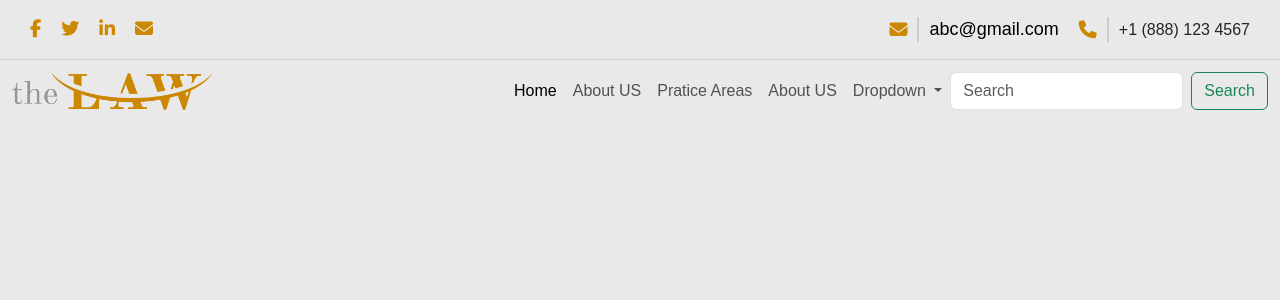
Repository: arehmanraza/lawyer_website
Page: Pages/index.html
These files come from the project's save history. The page is drawn as it stood at one moment and after the next save; the edit follows.
The browser window is 1280 px wide. The pictures show the whole page.
Some web libraries are served in a nearby version.

Above is the page before, as saved 2024-05-22 01:43:55.

### Pages/index.html
<!DOCTYPE html>
<html lang="en">
  <head>
    <meta charset="utf-8" />
    <meta name="viewport" content="width=device-width, initial-scale=1" />
    <title>The Lawyer</title>
    <link
      rel="stylesheet"
      href="https://pro.fontawesome.com/releases/v5.10.0/css/all.css"
      integrity="sha384-AYmEC3Yw5cVb3ZcuHtOA93w35dYTsvhLPVnYs9eStHfGJvOvKxVfELGroGkvsg+p"
      crossorigin="anonymous"
    />
    <link rel="stylesheet" href="/Styling/style.css" />
    <link
      rel="stylesheet"
      href="https://cdnjs.cloudflare.com/ajax/libs/font-awesome/6.5.2/css/all.min.css"
      integrity="sha512-SnH5WK+bZxgPHs44uWIX+LLJAJ9/2PkPKZ5QiAj6Ta86w+fsb2TkcmfRyVX3pBnMFcV7oQPJkl9QevSCWr3W6A=="
      crossorigin="anonymous"
      referrerpolicy="no-referrer"
    />
    <link
      href="https://cdn.jsdelivr.net/npm/bootstrap@5.3.3/dist/css/bootstrap.min.css"
      rel="stylesheet"
      integrity="sha384-QWTKZyjpPEjISv5WaRU9OFeRpok6YctnYmDr5pNlyT2bRjXh0JMhjY6hW+ALEwIH"
      crossorigin="anonymous"
    />
  </head>
  <body>
    <div class="main-container">


      <!-- ---------------head_top_container start ------------------  -->




      <div class="head_top">
        <div class="head_top_left">
          <ul>
            <li>
              <i class="icon2 fa-brands fa-facebook-f"></i>
            </li>
            <li>
              <i class="icon2 fa-brands fa-twitter"></i>
            </li>
            <li>
              <i class="icon2 fa-brands fa-linkedin-in"></i>
            </li>
            <li>
              <i class="icon2 fa-solid fa-envelope"></i>
            </li>
          </ul>
        </div>
        <div class="head_top_right">
          <ul>
            <li>
              <i class="icon2 fa-solid fa-envelope"></i>
              <p class="border1"></p>
              <span><a class="phoneno" href = "mailto: a.rehman78766@gmail.com">abc@gmail.com</a></span>
            </li>
            <li>
              <i class="icon2 fa-solid fa-phone"></i>
              <p class="border1"></p>
              <span>+1 (888) 123 4567</span>
            </li>

          </ul>
        </div>
      </div>
      <!-- ---------------head_top_container end ------------------  -->






      <!-- ---------------Navbar_container start ------------------  -->


      <nav class="navbar navbar-expand-lg ">
        <div class="container-fluid">
          <a class="navbar-brand" href="#"><img src="/Images/logo.png"  width="200px"></a>
          <button class="navbar-toggler" type="button" data-bs-toggle="collapse" data-bs-target="#navbarSupportedContent" aria-controls="navbarSupportedContent" aria-expanded="false" aria-label="Toggle navigation">
            <span class="navbar-toggler-icon"></span>
          </button>
          <div class="collapse navbar-collapse" id="navbarSupportedContent">
            <ul class="navbar-nav ms-auto mb-2 mb-lg-0">
              <li class="nav-item">
                <a class="nav-link active" aria-current="page" href="#">Home</a>
              </li>
              <li class="nav-item">
                <a class="nav-link" href="#">About US</a>
              </li>
              <li class="nav-item">
                <a class="nav-link" href="#">Pratice Areas</a>
              </li>
              <li class="nav-item">
                <a class="nav-link" href="#">About US</a>
              </li>
              <li class="nav-item dropdown">
                <a class="nav-link dropdown-toggle" href="#" role="button" data-bs-toggle="dropdown" aria-expanded="false">
                  Dropdown
                </a>
                <ul class="dropdown-menu">
                  <li><a class="dropdown-item" href="#">Action</a></li>
                  <li><a class="dropdown-item" href="#">Another action</a></li>
                  <li><hr class="dropdown-divider"></li>
                  <li><a class="dropdown-item" href="#">Something else here</a></li>
                </ul>
              </li>

            </ul>
            <form class="d-flex" role="search">
              <input class="form-control me-2" type="search" placeholder="Search" aria-label="Search">
              <button class="btn btn-outline-success" type="submit">Search</button>
            </form>
          </div>
        </div>
      </nav>





      <!-- ---------------Navbar_container end ------------------  -->





    </div>
    <script
      src="https://cdn.jsdelivr.net/npm/bootstrap@5.3.3/dist/js/bootstrap.bundle.min.js"
      integrity="sha384-YvpcrYf0tY3lHB60NNkmXc5s9fDVZLESaAA55NDzOxhy9GkcIdslK1eN7N6jIeHz"
      crossorigin="anonymous"
    ></script>
  </body>
</html>

### Styling/style.css
*{
    margin: 0;
    padding: 0;
    box-sizing: border-box;
    font-family: Arial, Helvetica, sans-serif, "Montserrat";
}
.main-container{
    background-color: #e9e9e9;
    width: 100%;
    height: 100vh;
    padding: 0px;
}

.head_top {
    width: 100%;
    height: 60px;
    display: flex;
    justify-content: space-between;
    align-items: center; /* Center items vertically */
    border-bottom: 1px solid #ccc;
    padding: 0px 20px;
}

.head_top_left {
    width: 50%;
    display: flex; /* Ensure the left container is also using flexbox */
    align-items: center; /* Center items vertically */
}
.head_top_left ul {
    display: flex;
    list-style: none;
    padding: 0;
    margin: 0;
}
.head_top_left ul li{
    padding: 0px 10px;
}
.head_top_right{
    display: flex;
    align-items: center;
    width: 50%;
}
.head_top_right ul{
    display: flex;
    list-style: none;
    padding: 0;
    margin: 0px 0px 0px auto;

}
.head_top_right ul li{
    padding: 0px 10px;
    display: flex;
    align-items: center;
}
.border1{
    border-left: 2px solid #ccc;

    height: 25px;
    margin: 0px 10px;
}
.icon2{
    color:  #cc8800;
  font-size: large;
}
.phoneno{
    color: black;
    font-size: 18px;
    font-weight: 500;
    text-decoration: none
}

After the next save:
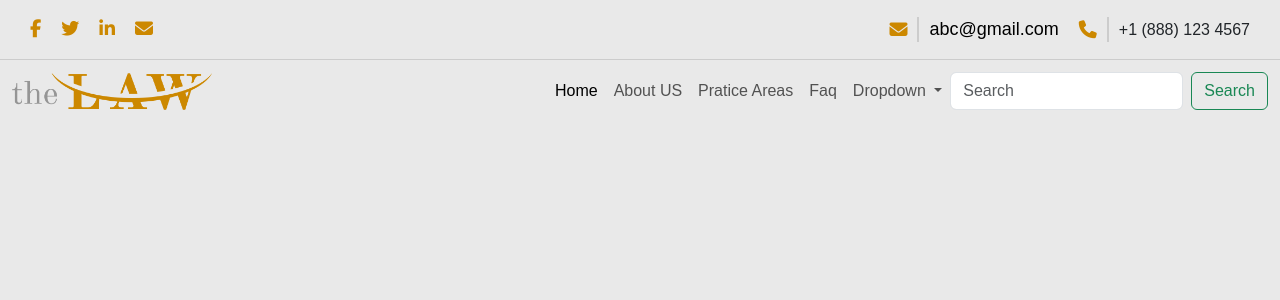
Saved 7 s later.
--- a/Pages/index.html
+++ b/Pages/index.html
@@ -95,7 +95,7 @@
                 <a class="nav-link" href="#">Pratice Areas</a>
               </li>
               <li class="nav-item">
-                <a class="nav-link" href="#">About US</a>
+                <a class="nav-link" href="#">Faq</a>
               </li>
               <li class="nav-item dropdown">
                 <a class="nav-link dropdown-toggle" href="#" role="button" data-bs-toggle="dropdown" aria-expanded="false">
